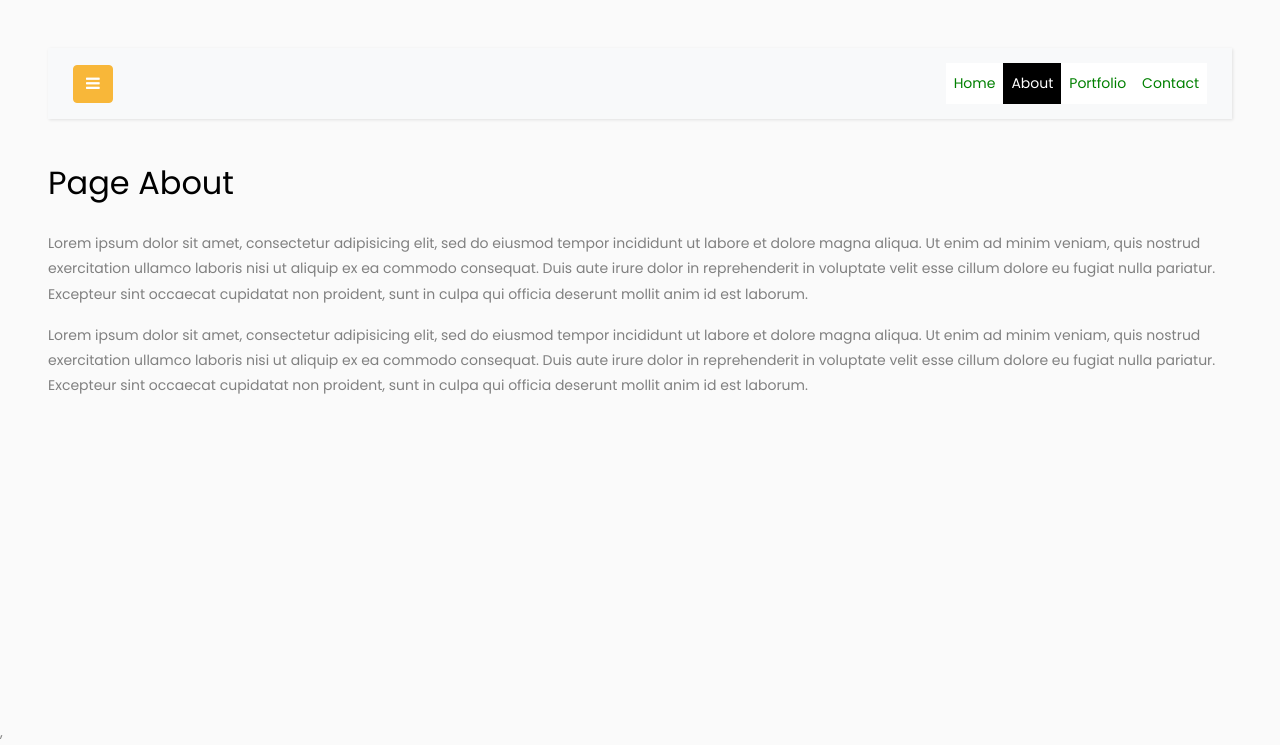
Repository: TinhTT336/MD02_Session08
Page: /about
The author's editor kept a copy of each file at every save. The page is drawn from the files as they stood at one save, then again after the next save.
The browser window is 1280 px wide. The pictures show the whole page.
The project was rebuilt for these pictures with package versions that can differ from the ones it lists, and the page was loaded fresh each time. Also part of the build but not shown: vite.config.js, src/App.css, src/components/Home.jsx, src/components/Contact.jsx, src/components/Portfolio.jsx, src/index.css.

Above is the page before, as saved 2023-09-06 14:58:45.

### index.html
<!DOCTYPE html>
<html lang="en">
  <head>
    <meta charset="UTF-8" />
    <link rel="icon" type="image/svg+xml" href="/vite.svg" />
    <meta name="viewport" content="width=device-width, initial-scale=1.0" />
    <title>Vite + React</title>
    <link
      href="https://fonts.googleapis.com/css?family=Poppins:300,400,500,600,700,800,900"
      rel="stylesheet"
    />

    <link
      rel="stylesheet"
      href="https://stackpath.bootstrapcdn.com/font-awesome/4.7.0/css/font-awesome.min.css"
    />
    <link rel="stylesheet" href="./public/style.css" />
  </head>
  <body>
    <div id="root"></div>
    <script type="module" src="/src/main.jsx"></script>
  </body>
</html>

### src/main.jsx
import React from 'react'
import ReactDOM from 'react-dom/client'
import App from './App.jsx'
import './index.css'
import { BrowserRouter } from 'react-router-dom'

ReactDOM.createRoot(document.getElementById('root')).render(
  <BrowserRouter>
    <React.StrictMode>
      <App />
    </React.StrictMode>,
  </BrowserRouter>
)

### src/App.jsx

import { NavLink, Route, Routes } from 'react-router-dom'
import './App.css'
import Home from './components/Home'
import Contact from './components/Contact'
import About from './components/About'
import Portfolio from './components/Portfolio'

function App() {
  const styleNavLink = ({ isActive }) => ({
    color: isActive ? "white" : "green",
    backgroundColor: isActive ? "black" : "white",
  })
  return (
    <>
      {/* <Navbar /> */}
      <div>
        <div className="wrapper d-flex align-items-stretch">
          {/* <nav id="sidebar">
            <div className="p-4 pt-5">
              <NavLink to={"/"}
                className="img logo rounded-circle mb-5"
                style={{ backgroundImage: "url(images/logo.jpg)" }}
              />
              <ul className="list-unstyled components mb-5">
                <li className="active">
                  <NavLink to={"/"} className="dropdown-toggle">
                    Home
                  </NavLink>
                </li>
                <li>
                  <NavLink to={"/about"}>About</NavLink>
                </li>
                <li>
                  <NavLink to={"/portfolio"} >Portfolio</NavLink>
                </li>
                <li>
                  <NavLink to={"/contact"} >Contact</NavLink>
                </li>
              </ul>
            </div>
          </nav> */}
          {/* Page Content  */}
          <div id="content" className="p-4 p-md-5">
            <nav className="navbar navbar-expand-lg navbar-light bg-light">
              <div className="container-fluid">
                <button type="button" id="sidebarCollapse" className="btn btn-primary">
                  <i className="fa fa-bars" />
                  <span className="sr-only">Toggle Menu</span>
                </button>
                <button
                  className="btn btn-dark d-inline-block d-lg-none ml-auto"
                  type="button"
                  data-toggle="collapse"
                  data-target="#navbarSupportedContent"
                  aria-controls="navbarSupportedContent"
                  aria-expanded="false"
                  aria-label="Toggle navigation"
                >
                  <i className="fa fa-bars" />
                </button>
                <div className="collapse navbar-collapse" id="navbarSupportedContent">
                  <ul className="nav navbar-nav ml-auto">
                    <li className="nav-item active">
                      <NavLink to={"/"} style={styleNavLink} className="nav-link">
                        Home
                      </NavLink>
                    </li>
                    <li className="nav-item">
                      <NavLink to={"/about"} style={styleNavLink} className="nav-link">
                        About
                      </NavLink>
                    </li>
                    <li className="nav-item">
                      <NavLink to={"/portfolio"} style={styleNavLink} className="nav-link" >
                        Portfolio
                      </NavLink>
                    </li>
                    <li className="nav-item">
                      <NavLink to={"/contact"} style={styleNavLink} className="nav-link" >
                        Contact
                      </NavLink>
                    </li>
                  </ul>
                </div>
              </div>
            </nav>

            <Routes>
              <Route path='/' element={<Home />}></Route>
              <Route path='/contact' element={<Contact />}></Route>
              <Route path='/about' element={<About />}></Route>
              <Route path='/portfolio' element={<Portfolio />}></Route>
            </Routes>
          </div>
        </div>
      </div>

    </>
  )
}

export default App

### src/components/About.jsx
import React from 'react'

export default function About() {
    return (
        <div>
            <h2 className="mb-4">Page About</h2>
            <p>
                Lorem ipsum dolor sit amet, consectetur adipisicing elit, sed do eiusmod
                tempor incididunt ut labore et dolore magna aliqua. Ut enim ad minim
                veniam, quis nostrud exercitation ullamco laboris nisi ut aliquip ex ea
                commodo consequat. Duis aute irure dolor in reprehenderit in voluptate
                velit esse cillum dolore eu fugiat nulla pariatur. Excepteur sint occaecat
                cupidatat non proident, sunt in culpa qui officia deserunt mollit anim id
                est laborum.
            </p>
            <p>
                Lorem ipsum dolor sit amet, consectetur adipisicing elit, sed do eiusmod
                tempor incididunt ut labore et dolore magna aliqua. Ut enim ad minim
                veniam, quis nostrud exercitation ullamco laboris nisi ut aliquip ex ea
                commodo consequat. Duis aute irure dolor in reprehenderit in voluptate
                velit esse cillum dolore eu fugiat nulla pariatur. Excepteur sint occaecat
                cupidatat non proident, sunt in culpa qui officia deserunt mollit anim id
                est laborum.
            </p>
        </div>
    )
}

### src/components/Navbar.jsx
import React from 'react'

export default function Navbar() {
    return (
        <div>
            <nav className="navbar navbar-expand-lg navbar-light bg-light">
                <div className="container-fluid">
                    <button type="button" id="sidebarCollapse" className="btn btn-primary">
                        <i className="fa fa-bars" />
                        <span className="sr-only">Toggle Menu</span>
                    </button>
                    <button
                        className="btn btn-dark d-inline-block d-lg-none ml-auto"
                        type="button"
                        data-toggle="collapse"
                        data-target="#navbarSupportedContent"
                        aria-controls="navbarSupportedContent"
                        aria-expanded="false"
                        aria-label="Toggle navigation"
                    >
                        <i className="fa fa-bars" />
                    </button>
                    <div className="collapse navbar-collapse" id="navbarSupportedContent">
                        <ul className="nav navbar-nav ml-auto">
                            <li className="nav-item active">
                                <NavLink to={"/"} style={styleNavLink} className="nav-link">
                                    Home
                                </NavLink>
                            </li>
                            <li className="nav-item">
                                <NavLink to={"/about"} style={styleNavLink} className="nav-link">
                                    About
                                </NavLink>
                            </li>
                            <li className="nav-item">
                                <NavLink to={"/portfolio"} style={styleNavLink} className="nav-link" >
                                    Portfolio
                                </NavLink>
                            </li>
                            <li className="nav-item">
                                <NavLink to={"/contact"} style={styleNavLink} className="nav-link" >
                                    Contact
                                </NavLink>
                            </li>
                        </ul>
                    </div>
                </div>
            </nav>
        </div>
    )
}

Loaded but not shown: public/style.css (library)

After the next save:
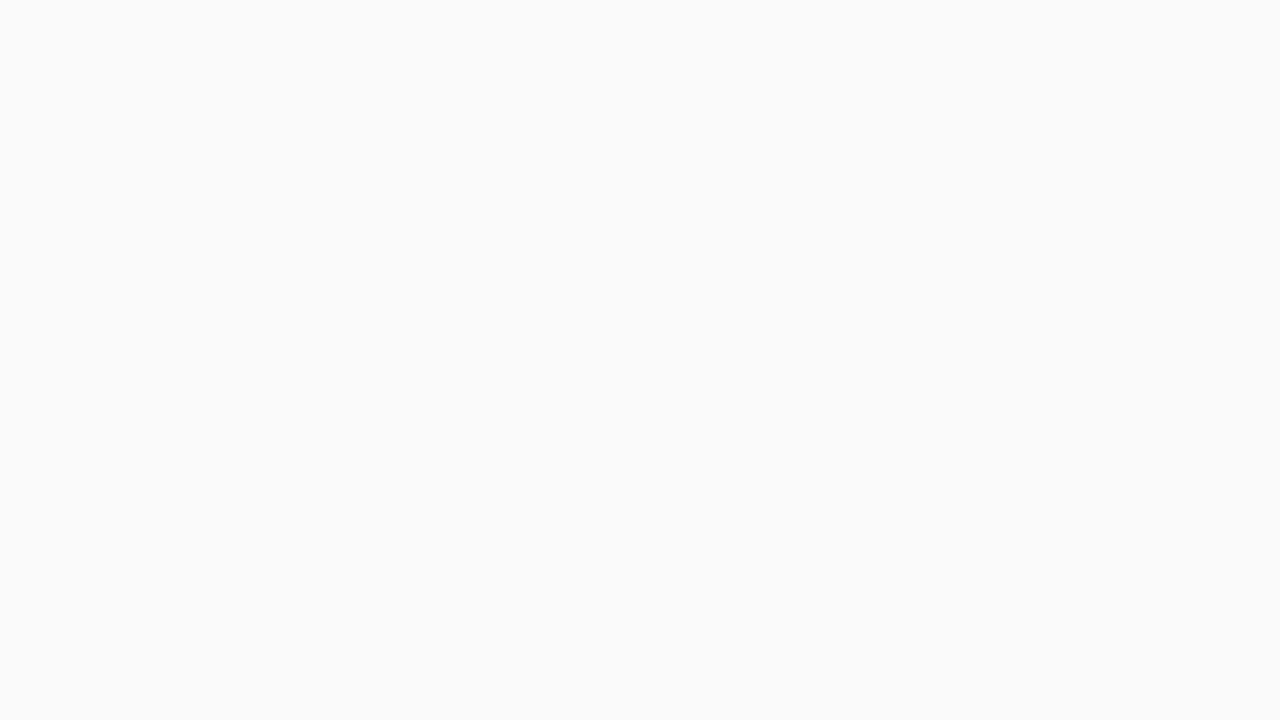
Console error: ReferenceError: NavLink is not defined
Saved 40 s later.
--- a/src/App.jsx
+++ b/src/App.jsx
@@ -5,6 +5,7 @@ import Home from './components/Home'
 import Contact from './components/Contact'
 import About from './components/About'
 import Portfolio from './components/Portfolio'
+import Navbar from './components/Navbar'
 
 function App() {
   const styleNavLink = ({ isActive }) => ({
@@ -42,7 +43,7 @@ function App() {
           </nav> */}
           {/* Page Content  */}
           <div id="content" className="p-4 p-md-5">
-            <nav className="navbar navbar-expand-lg navbar-light bg-light">
+            {/* <nav className="navbar navbar-expand-lg navbar-light bg-light">
               <div className="container-fluid">
                 <button type="button" id="sidebarCollapse" className="btn btn-primary">
                   <i className="fa fa-bars" />
@@ -84,8 +85,8 @@ function App() {
                   </ul>
                 </div>
               </div>
-            </nav>
-
+            </nav> */}
+            <Navbar />
             <Routes>
               <Route path='/' element={<Home />}></Route>
               <Route path='/contact' element={<Contact />}></Route>

After the 2 saves that followed:
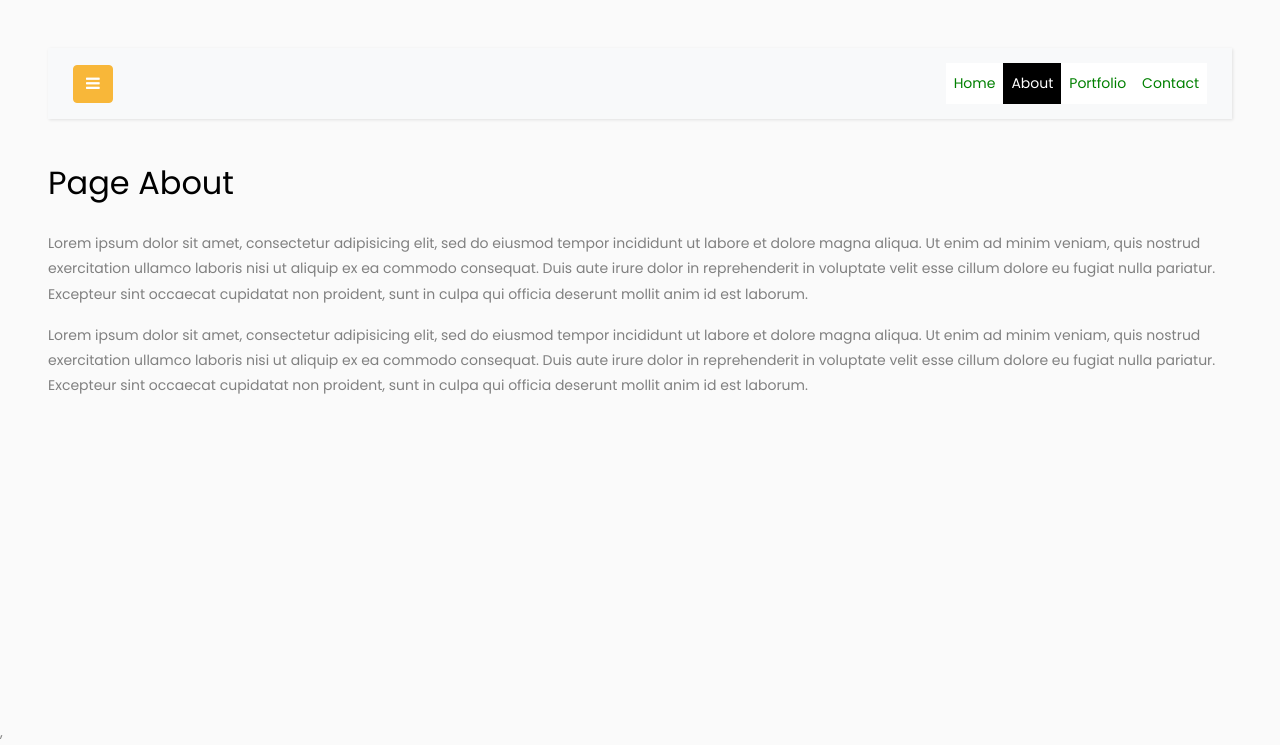
The error is gone.
The 2 saves are shown as one change because 1 left the picture as it was.
The last was saved 72 s later.
--- a/src/components/Navbar.jsx
+++ b/src/components/Navbar.jsx
@@ -1,6 +1,11 @@
 import React from 'react'
+import { NavLink } from 'react-router-dom'
 
 export default function Navbar() {
+    const styleNavLink = ({ isActive }) => ({
+        color: isActive ? "white" : "green",
+        backgroundColor: isActive ? "black" : "white",
+    })
     return (
         <div>
             <nav className="navbar navbar-expand-lg navbar-light bg-light">
